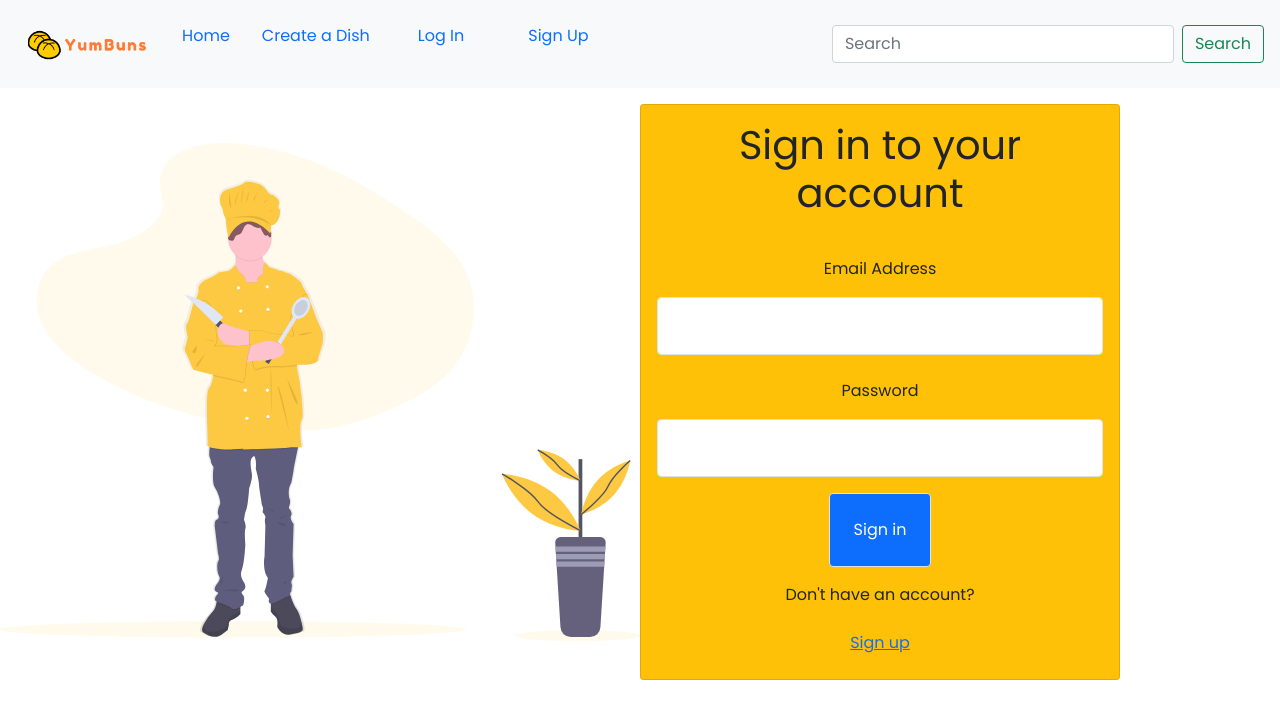
Repository: mottad14/yumBuns
Page: /login (app in client/)
The author's editor kept a copy of each file at every save. The page is drawn from the files as they stood at one save, then again after the next save.
The browser window is 1280 px wide. The pictures show the whole page.
Some web fonts or font styles are not loaded; a fallback is used. The project was rebuilt for these pictures with package versions that can differ from the ones it lists, and the page was loaded fresh each time. Also part of the build but not shown: client/src/components/RecipePreview.js, client/src/views/Main.js, client/src/views/NewAccount.js, client/src/views/Create.js, client/src/views/Recipe.js, client/src/components/SubscribePop.css, client/src/components/SignUp.jsx, client/src/components/SubscribePop.js.

Above is the page before, as saved 2022-07-30 10:50:32.

After the next save:
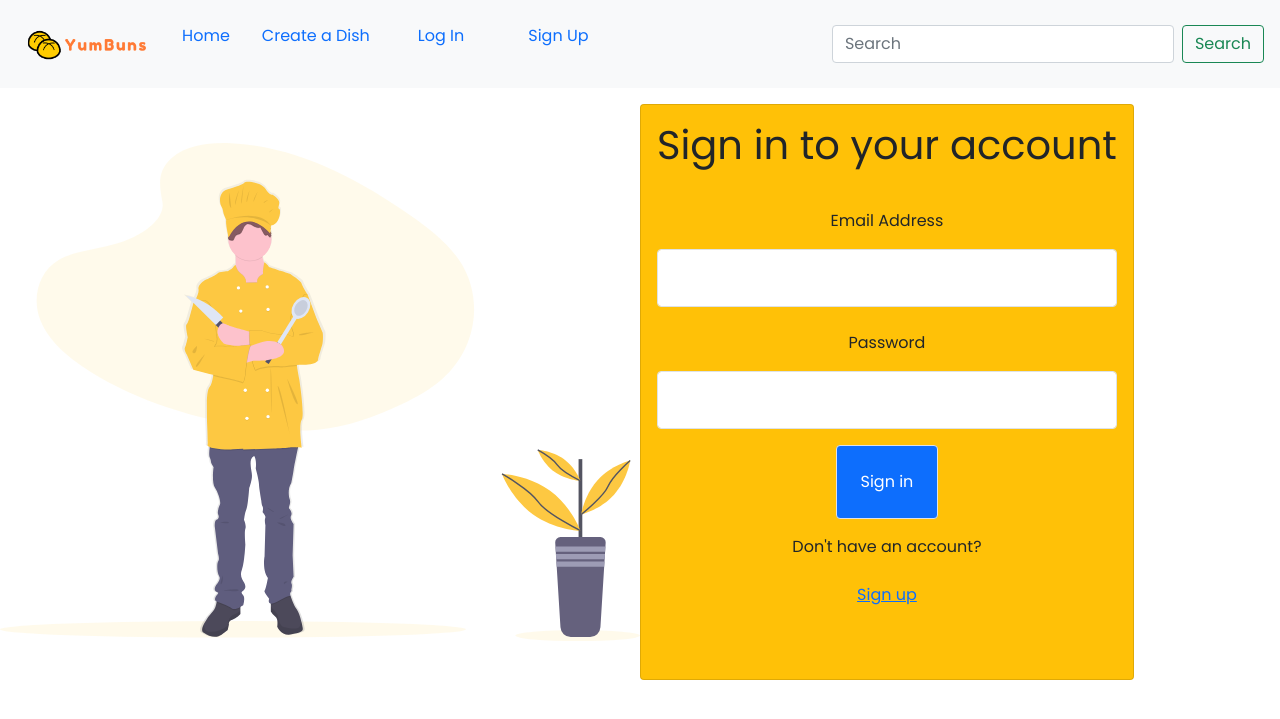
Saved 3 min 39 s later.
--- a/client/src/views/Login.js
+++ b/client/src/views/Login.js
@@ -28,7 +28,7 @@ const Signin = () => {
     <div style={{ display: 'flex',
         height: '80vh'}}>
     <img className='flex' style={{maxWidth: "50vw"}} src={chef} alt={chef} />
-    <Card className="text-center bg-warning" style={{ width: '30rem' }}>
+    <Card className="text-center bg-warning" xs={12} md={4} lg={3}>
       <Card.Body className='text-center mb-4'>
               <h1 className='text-center mb-4'>Sign in to your account</h1>
 
